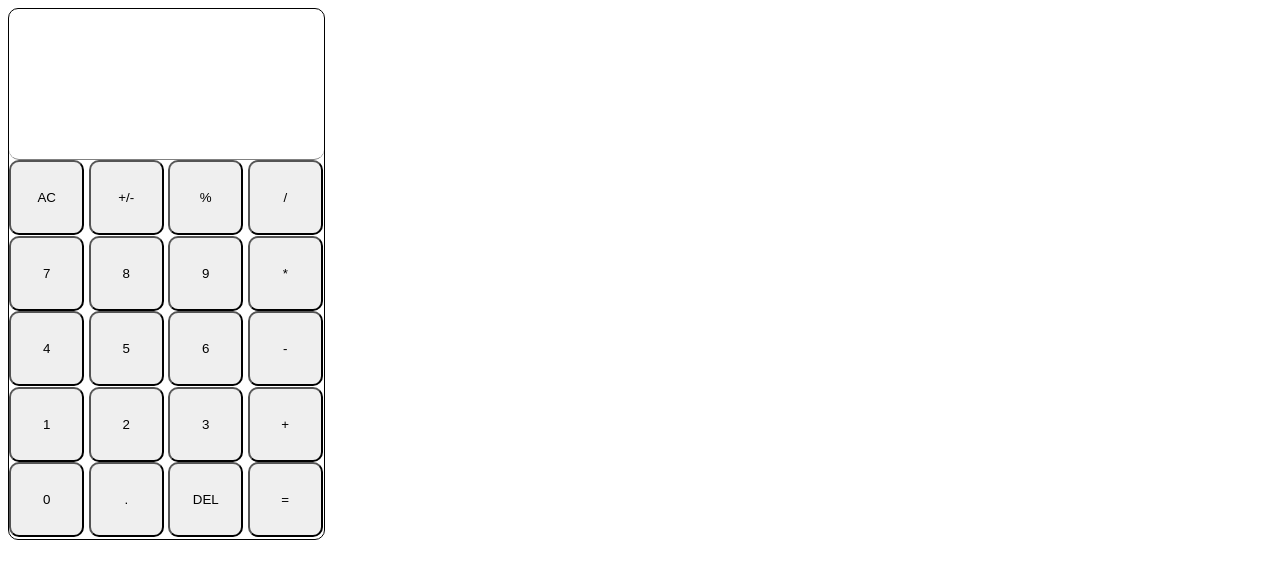
Repository: baziz22/Vanilla_JS_Projects
Page: claculator/index.html
The author's editor kept a copy of each file at every save. The page is drawn from the files as they stood at one save, then again after the next save.
The browser window is 1280 px wide. The pictures show the whole page.

Above is the page before, as saved 2022-03-01 13:33:57.
Console error: ReferenceError: element is not defined

After the next save:
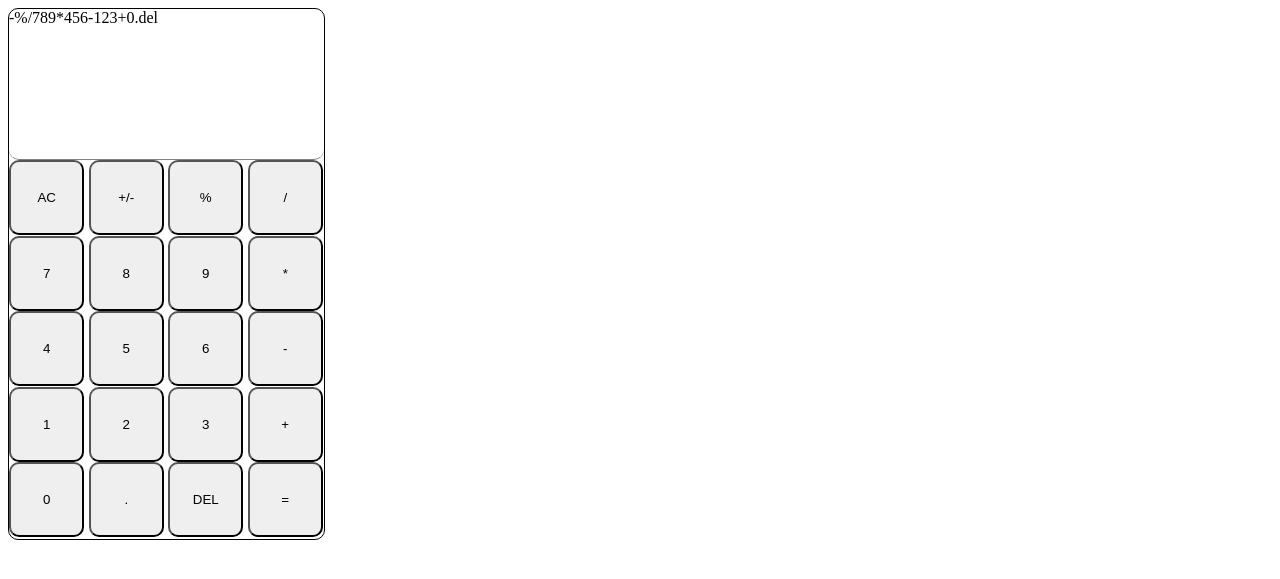
The error is gone.
Saved 7 s later.
--- a/claculator/script.js
+++ b/claculator/script.js
@@ -40,7 +40,7 @@ function appendNumber(d) {
       out = outputContents.concat();
       console.log('out: ', out);
     }
-    if (element.value === g) {
+    if (d.value === g) {
       outputContents = '';
       //saveOutputDigit = '';
       saveOperants.push(g);
